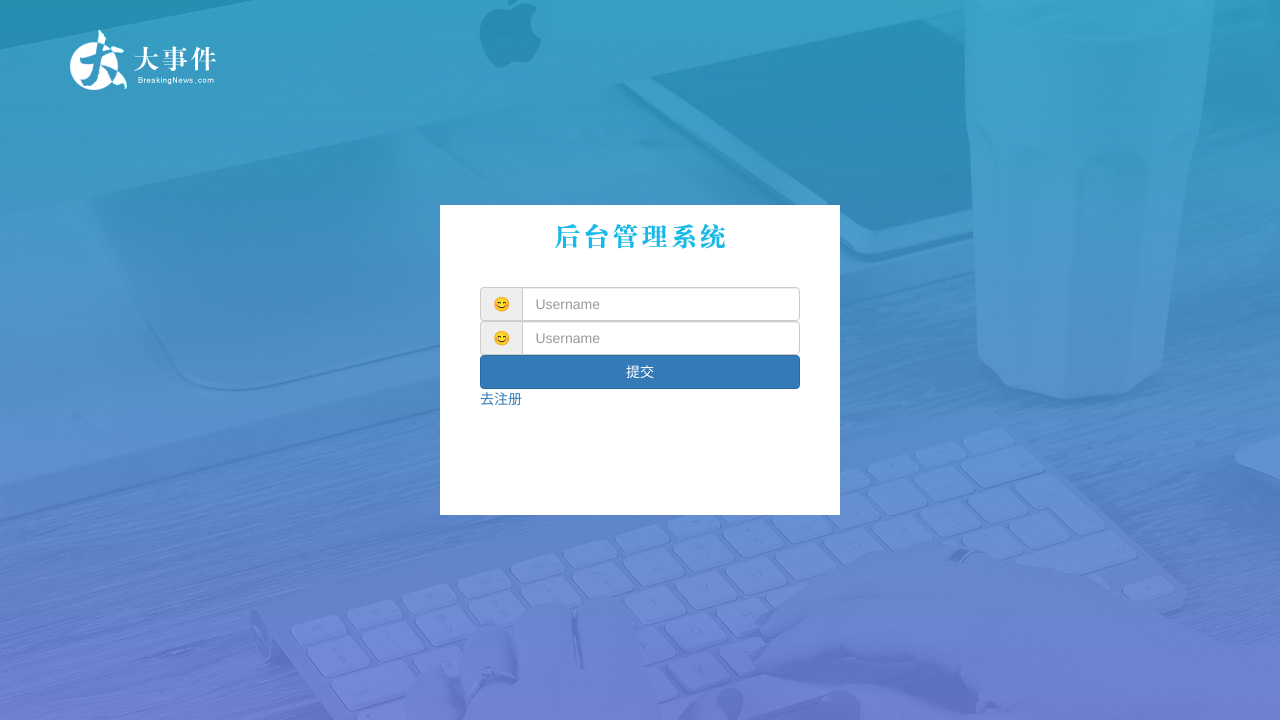
Repository: pursuit-YHP/project_dashijian
Page: login.html
These files come from the project's save history. The page is drawn as it stood at one moment and after the next save; the edit follows.
The browser window is 1280 px wide. The pictures show the whole page.
The style sheet was rebuilt from its Sass, Less or Tailwind sources for each picture, by a compiler version that may differ from the author's.

Above is the page before, as saved 2022-03-13 16:04:25.

### login.html
<!DOCTYPE html>
<html lang="en">

<head>
    <meta charset="UTF-8">
    <meta http-equiv="X-UA-Compatible" content="IE=edge">
    <meta name="viewport" content="width=device-width, initial-scale=1.0">
    <title>大事件-登录-注册</title>
    <link rel="stylesheet" href="./assets/lib/layui/css/layui.css">
    <link rel="stylesheet" href="/assets/css/login.css">
    <link rel="stylesheet" href="/assets/lib/bootstrap.css">
</head>

<body>
    <!-- logo区域 -->
    <div class="layui-main">
        <img src="/assets/images/logo.png" alt="">
    </div>

    <!-- 登录模态框 -->
    <div class="loginANDreg">
        <!-- 头部区域 -->
        <div class="loginANDreg_head">
        </div>

        <div class="loginANDreg_w">
            <!-- 登录 -->
            <div class="login">
                <form action="">
                    <div class="input-group">
                        <span class="input-group-addon" id="basic-addon1">😊</span>
                        <input type="text" class="form-control" placeholder="Username" aria-describedby="basic-addon1">
                    </div>
                    <div class="input-group">
                        <span class="input-group-addon" id="basic-addon1">😊</span>
                        <input type="text" class="form-control" placeholder="Username" aria-describedby="basic-addon1">
                    </div>

                    <button type="submit" class="btn btn-primary">提交</button>

                </form>
                <a href="javascript:;" id="login_a">去注册</a>
            </div>

            <!-- 注册 -->
            <div class="reg">
                <a href="javascript:;" id="reg_a">已有帐号？去登录</a>
            </div>
        </div>
    </div>



    <script src="./assets/lib/jquery.js"></script>
    <script src="./assets/js/login.js"></script>
</body>

</html>

### assets/js/login.js
$(function() {
    // 注册链接点击事件
    $('#login_a').on('click', function() {
        $('.login').hide()
        $('.reg').show()
    })
    $('#reg_a').on('click', function() {
            $('.reg').hide()
            $('.login').show()
        })
        // 登录链接点击事件

})

### assets/css/login.less
body{
    width: 100%;
    height: 100%;
    background: url(../images/login_bg.jpg) no-repeat;
    background-size: cover;
}

.layui-main{
    img{
        margin-top: 30px;
    }
}

.loginANDreg{
    width: 400px;
    height: 310px;
    background-color: white;
    position: absolute;
    top: 50%;
    left: 50%;
    transform: translate(-50%,-50%);
    .loginANDreg_head{
        width: 100%;
        height: 20%;
        background: url(../images/login_title.png) no-repeat center;
    }
    .loginANDreg_w{
        width: 80%;
        margin: 20px auto;

        .reg{
            display : none;
        }
    }
    a{
        text-align: center;
    }
    .btn-primary{
        width: 100%;
    }

}

Loaded but not shown: assets/lib/layui/css/layui.css (library); assets/lib/bootstrap.css (library); assets/lib/jquery.js (library)

After the next save:
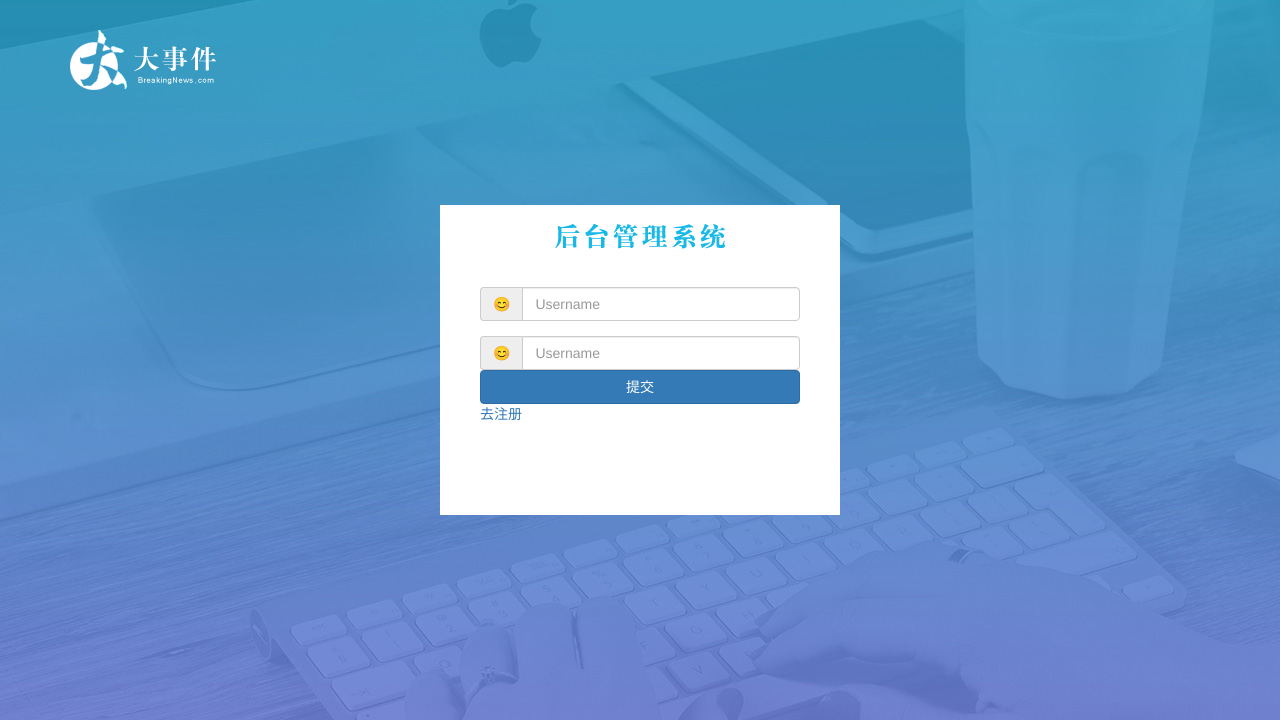
Saved 22 s later.
--- a/assets/css/login.less
+++ b/assets/css/login.less
@@ -35,6 +35,9 @@ body{
     a{
         text-align: center;
     }
+    .input-group{
+        margin-top: 15px;
+    }
     .btn-primary{
         width: 100%;
     }
